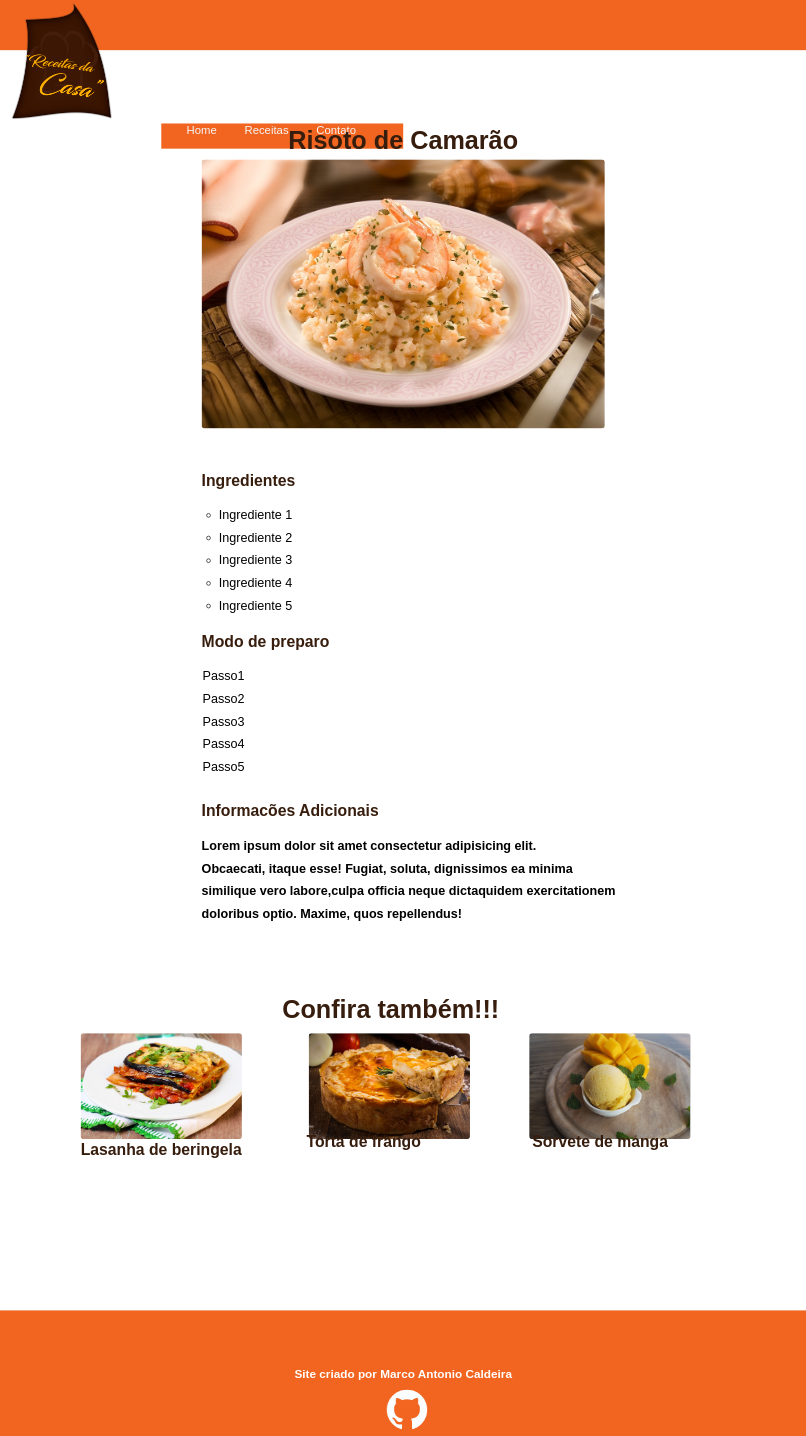
Repository: MarcoantonioCaldeira/Aprendizados-e-Conhecimentos
Page: Receitas da Casa/index.html
An editor plug-in stored every save of this project. The page is shown before and after the next save, followed by the edit.
The browser window is 1280 px wide. The pictures show the whole page, at 63% of full size.

Above is the page before, as saved 2022-05-29 23:08:15.

After the next save:
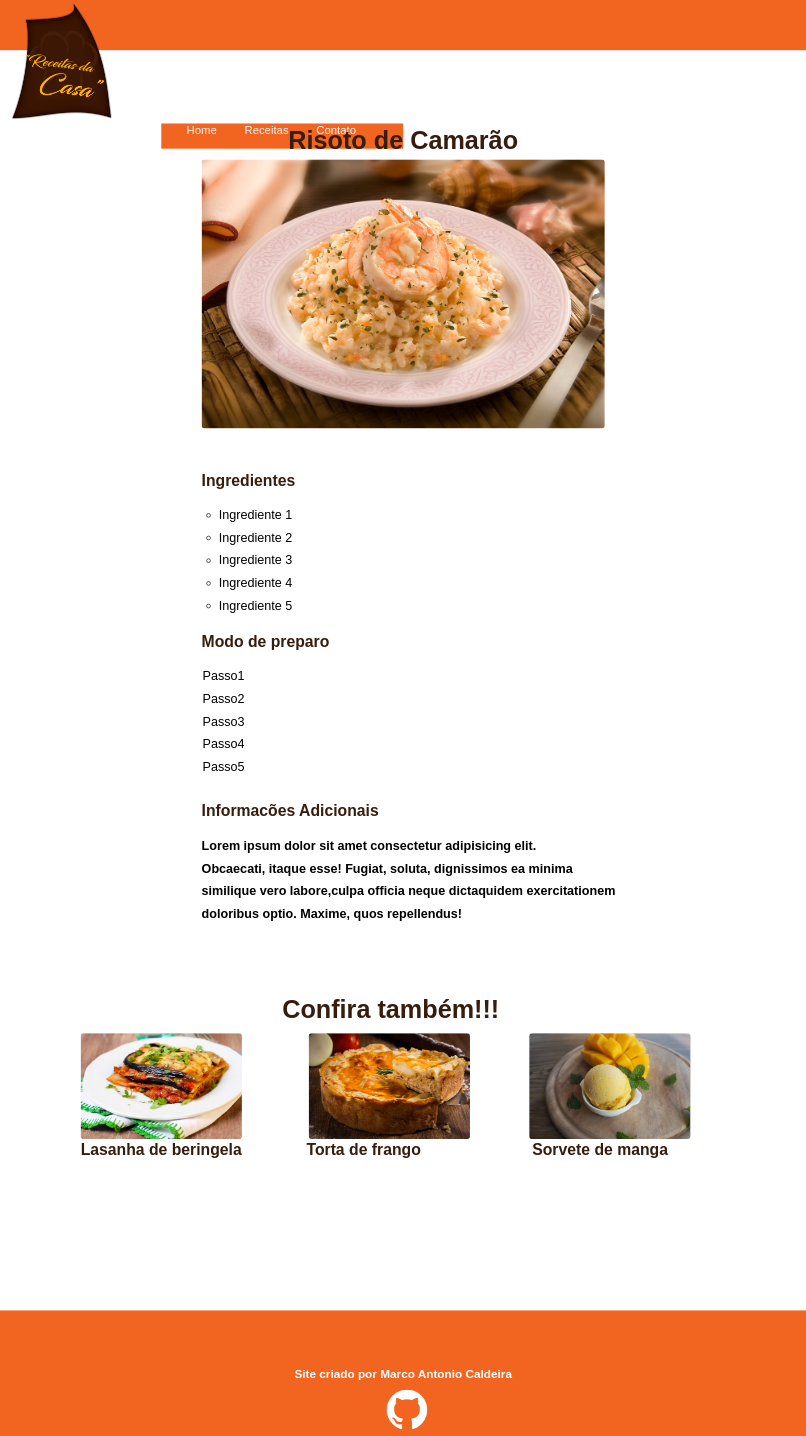
Saved 29 s later.
--- a/Receitas da Casa/css/fonts.css
+++ b/Receitas da Casa/css/fonts.css
@@ -113,6 +113,7 @@ h1{
   color:rgb(55, 29, 13);
   left:38%;
   font-size: 25px;
+  margin-top: 1%;
 }
 
 .h3_receita_3{
@@ -121,4 +122,5 @@ h1{
   color:rgb(55, 29, 13);
   left:66%;
   font-size: 25px;
+  margin-top: 1%;
 }
